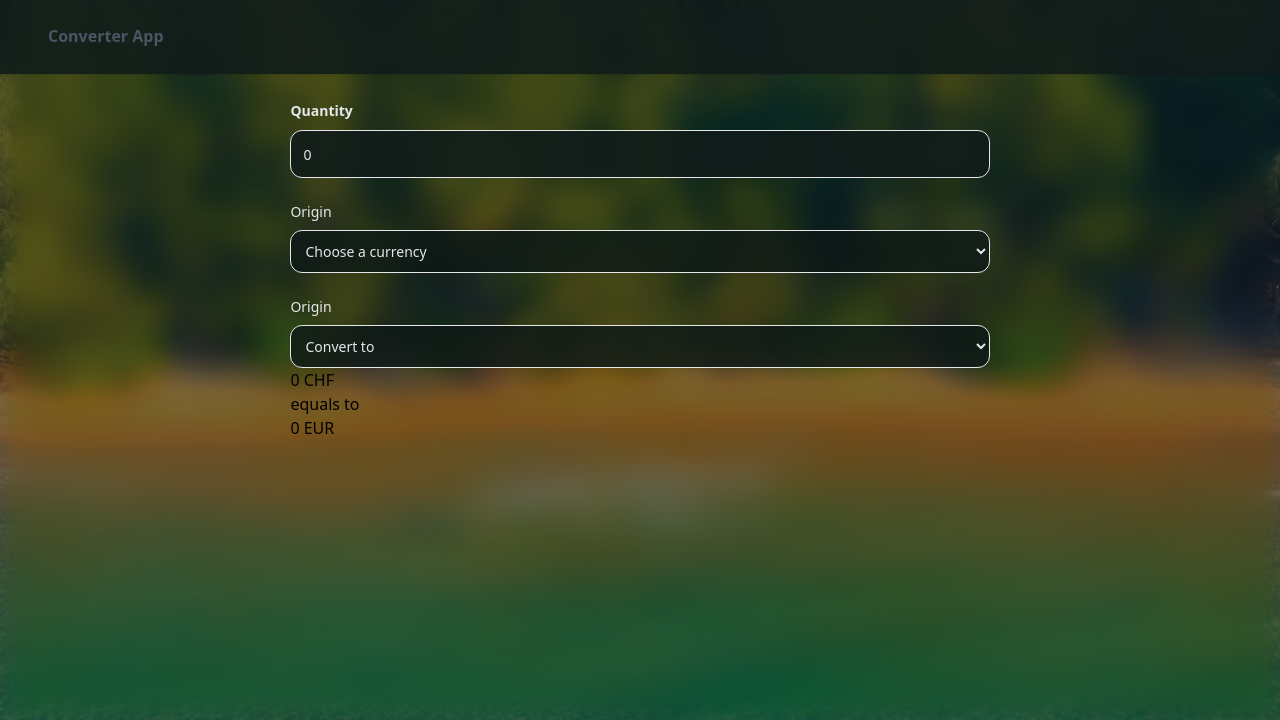
Repository: mikelCabezas/angular-exercices
Page: / (app in converter/)
These files come from the project's save history. The page is drawn as it stood at one moment and after the next save; the edit follows.
The browser window is 1280 px wide. The pictures show the whole page.
The project was rebuilt for these pictures with package versions that can differ from the ones it lists, and the page was loaded fresh each time. Also part of the build but not shown: converter/angular.json.

Above is the page before, as saved 2023-09-15 19:03:35.

### converter/src/styles.css
@tailwind base;
@tailwind components;
@tailwind utilities;

body {
    background-image: url('./assets/sunset-beach.jpeg');
    background-position: center;
}

### converter/src/app/app.module.ts
import { NgModule } from '@angular/core';
import { BrowserModule } from '@angular/platform-browser';
import { FormsModule } from '@angular/forms';

import { AppComponent } from './app.component';
import { NavbarComponent } from './components/navbar/navbar.component';
import { ConverterComponent } from './components/converter/converter.component';

@NgModule({
  declarations: [
    AppComponent,
    NavbarComponent,
    ConverterComponent
  ],
  imports: [
    BrowserModule,
    FormsModule
  ],
  providers: [],
  bootstrap: [AppComponent]
})
export class AppModule { }

### converter/src/app/app.component.ts
import { Component } from '@angular/core';

@Component({
  selector: 'app-root',
  templateUrl: './app.component.html',
  styleUrls: ['./app.component.css']
})
export class AppComponent {
  title = 'converter';
}

### converter/src/app/components/converter/converter.component.ts
import { Component } from '@angular/core';

@Component({
  selector: 'app-converter',
  templateUrl: './converter.component.html',
  styleUrls: ['./converter.component.css']
})
export class ConverterComponent {
  quantity = 0
  convertedQuantity = 0
  currency = 'CHF'
  convertTo = 'EUR'

  currencies: string[] = ['EUR', 'USD', 'CHF']
}

### converter/src/app/app.component.html
<div class="root min-w-screen min-h-screen bg-gray-900Z bg-[#11192890] backdrop-saturate-200 backdrop-blur-lg">
    <app-navbar/>
    <app-converter/>
</div>

### converter/src/app/components/navbar/navbar.component.html
<nav class="shadow bg-[rgba(16,28,26,0.9)] ">
    <div class="container flex items-center  p-6 mx-auto text-gray-600 capitalize dark:text-gray-300">
        <a href="#" class="border-b-2 border-transparent hover:text-gray-800 dark:hover:text-gray-200 hover:border-blue-500 mx-1.5 sm:mx-6 font-bold">
            Converter App
        </a>
    </div>
</nav>

### converter/src/app/components/converter/converter.component.html
<div class="container mx-auto p-6 flex justify-center">
    <div class="row w-3/5">
        <div class="col px-5">
            <div class="mb-6">
                <label for="email" class="text-sm text-gray-200 font-bold">Quantity</label>
                <input [(ngModel)]="quantity" type="number" placeholder="Quantity..." class="mt-2 flex h-12 w-full items-center justify-center rounded-xl border bg-[rgba(16,28,26,0.9)] p-3 text-sm outline-none border-gray-200 placeholder-gray-400 text-gray-200">
            </div>
        </div>
        <div class="col px-5 mb-6">
            <label for="currency" class="block mb-2 text-sm font-medium text-gray-200">Origin</label>
            <select id="currency" placeholder="Choose a currency" class="text-sm rounded-xl block w-full p-2.5 bg-[rgba(13,24,23,0.8)] border-gray-200 border-[1px] placeholder-gray-400 text-gray-200 focus:white">
                <option selected>Choose a currency</option>
                <option value="EUR">Euro</option>
                <option value="USD">US Dollar</option>
                <option value="CHF">Suiss francs</option>
            </select>
        </div>
        <div class="col px-5">
            <label for="conversion" class="block mb-2 text-sm font-medium text-gray-200">Origin</label>
            <select id="conversion" placeholder="Choose a currency" class="text-sm rounded-xl block w-full p-2.5 bg-[rgba(13,24,23,0.8)] border-gray-200 border-[1px] placeholder-gray-200 text-gray-200 focus:white">
                <option selected>Convert to</option>
                <option value="EUR">Euro</option>
                <option value="USD">US Dollar</option>
                <option value="CHF">Suiss francs</option>
            </select>
        </div>
        <div class="col px-5 text center">
            <div>
                <p>{{quantity}} {{currency}}</p>
            </div>
            <div>
                <p>equals to</p>
            </div>
            <div>
                <p>{{convertedQuantity}} {{convertTo}}</p>
            </div>
        </div>
    </div>
</div>

Loaded but not shown: converter/src/index.html (common file); converter/src/main.ts (common file); converter/src/app/components/navbar/navbar.component.ts (common file); converter/tailwind.config.js (common file); converter/src/app/app.component.css (no stored copy; drawn as an empty file); converter/src/app/components/navbar/navbar.component.css (no stored copy; drawn as an empty file); converter/src/app/components/converter/converter.component.css (no stored copy; drawn as an empty file)

After the next save:
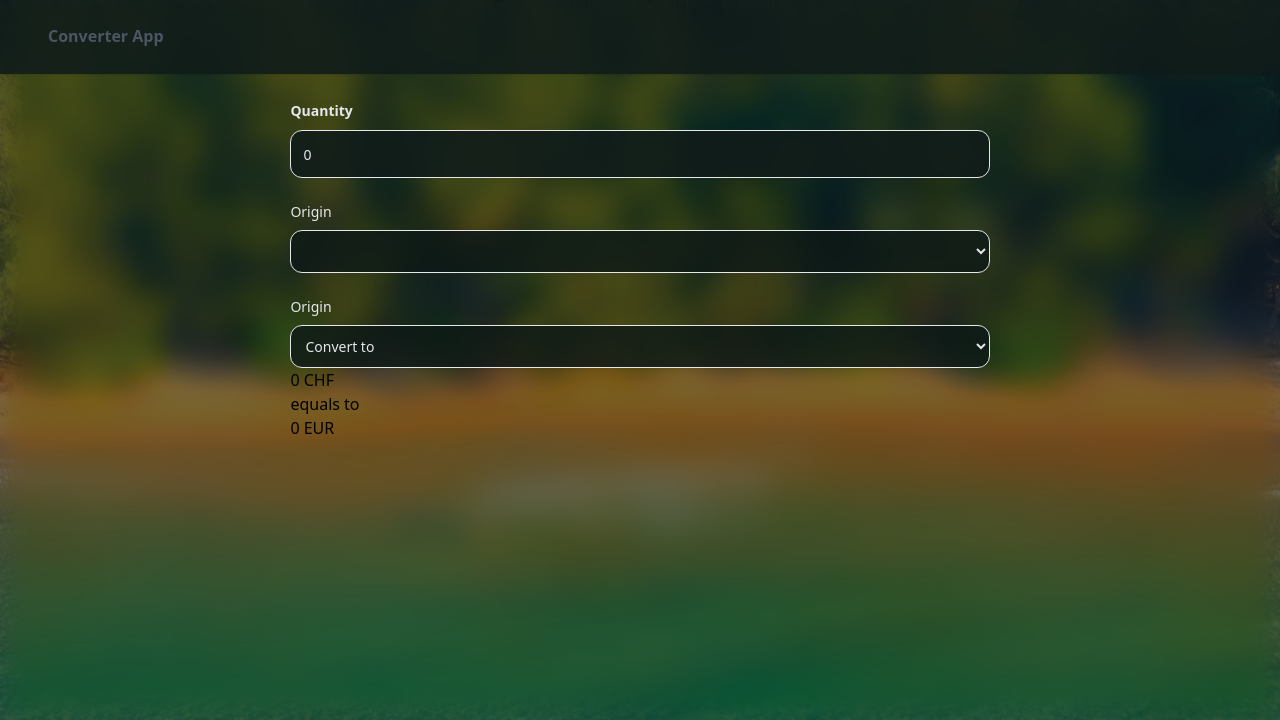
Saved 2 min 8 s later.
--- a/converter/src/app/components/converter/converter.component.html
+++ b/converter/src/app/components/converter/converter.component.html
@@ -8,11 +8,9 @@
         </div>
         <div class="col px-5 mb-6">
             <label for="currency" class="block mb-2 text-sm font-medium text-gray-200">Origin</label>
-            <select id="currency" placeholder="Choose a currency" class="text-sm rounded-xl block w-full p-2.5 bg-[rgba(13,24,23,0.8)] border-gray-200 border-[1px] placeholder-gray-400 text-gray-200 focus:white">
-                <option selected>Choose a currency</option>
-                <option value="EUR">Euro</option>
-                <option value="USD">US Dollar</option>
-                <option value="CHF">Suiss francs</option>
+            <select id="currency" placeholder="Choose a currency" class="text-sm rounded-xl block w-full p-2.5 bg-[rgba(13,24,23,0.8)] border-gray-200 border-[1px] placeholder-gray-400 text-gray-200 focus:white" [(ngModel)]="quantity">
+                <option value="EUR" *ngFor="let currency of currencies">{{currency}}</option>
+
             </select>
         </div>
         <div class="col px-5">
